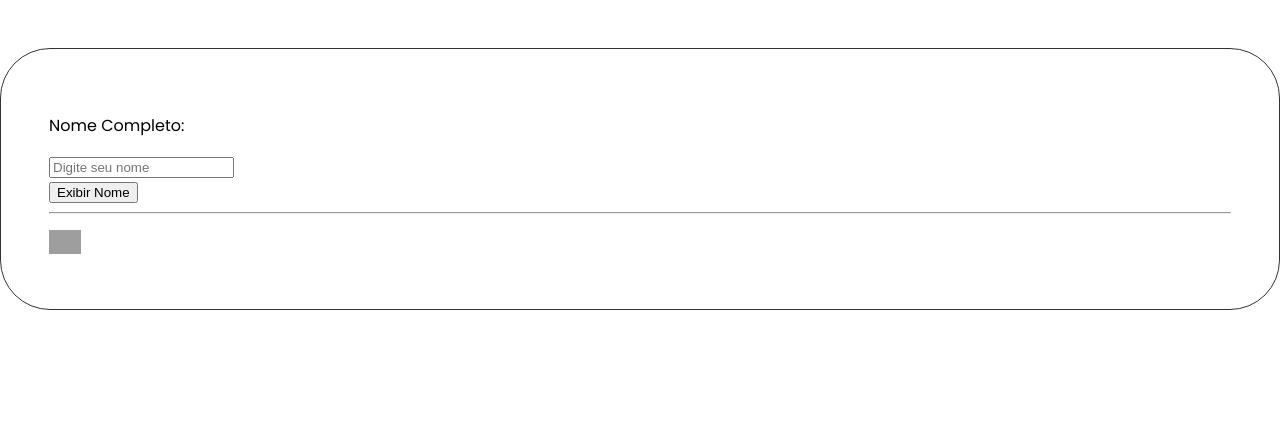
Repository: guilhermecardoso93/exerciciosjs
Page: index.html
These files come from the project's save history. The page is drawn as it stood at one moment and after the next save; the edit follows.
The browser window is 1280 px wide. The pictures show the whole page.
Pictures or frames that could not be fetched are drawn as grey boxes.

Above is the page before, as saved 2023-05-20 11:44:08.

After the next save:
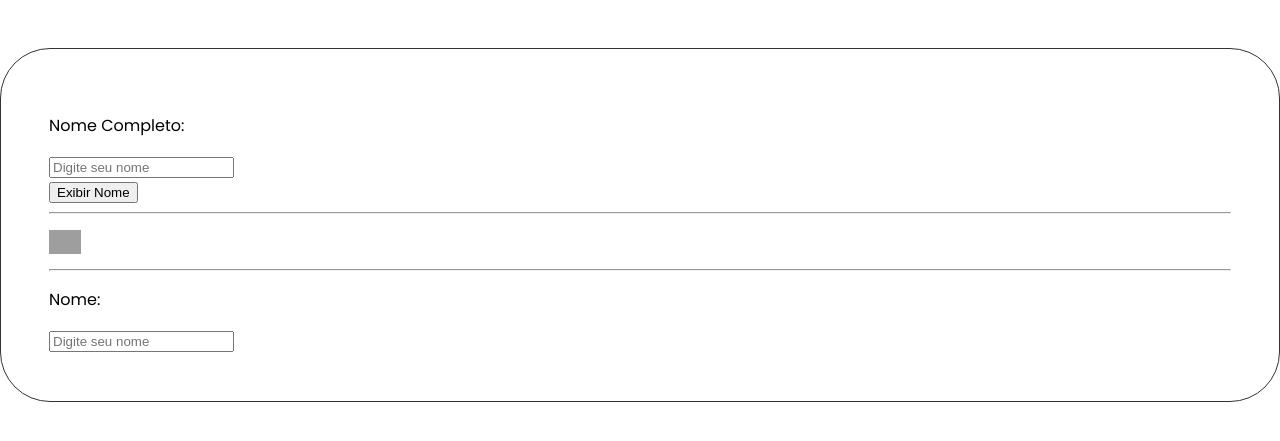
Saved 33 s later.
--- a/index.html
+++ b/index.html
@@ -21,6 +21,10 @@
     <hr />
     <p id="name-length" value=''></p>
     <img id="lamp" src="https://www.w3schools.com/js/pic_bulboff.gif">
+    <hr/>
+    <p>Nome:</p>
+    <input type="text" name="name" id="name"
+      placeholder="Digite seu nome"/>
   </body>
   <script src="./script.js"></script>
 </html>
